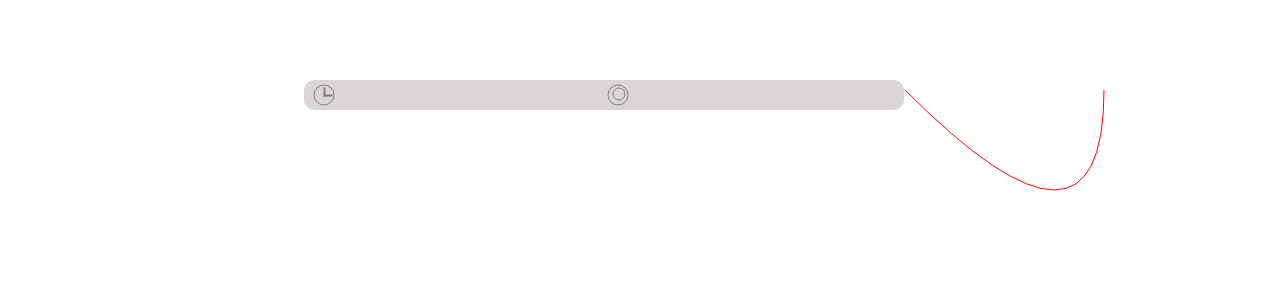
Repository: Gaj123-coder/emoji-search-app
Page: /
These files come from the project's save history. The page is drawn as it stood at one moment and after the next save; the edit follows.
The browser window is 1280 px wide. The pictures show the whole page.
The project was rebuilt for these pictures with package versions that can differ from the ones it lists, and the page was loaded fresh each time.

Above is the page before, as saved 2021-10-30 19:40:18.

### public/index.html
<!DOCTYPE html>
<html>
    <head>
        <title>Emoji Search</title>
        <meta charset="UTF-8">
        <meta name="author" content="Gajanan C Hegde">
        <meta name="description" content="A simple emoji search app using React JS">
        <meta name="view-port" content="width=device-width,initial-scale=1">
        <meta property="og:title" content="emoji">
        <meta property="og:description" content="An emoji searh app">
        <meta property="og:url" content="http://www.emojis..com">
        <meta property="og:image" content="https://seeklogo.com/images/S/smile-with-glasses-emoji-logo-0C5A7F9874-seeklogo.com.png">
        <meta property="twitter:title" content="Emoji Search">
        <meta property="twitter:image" content="https://seeklogo.com/images/S/smile-with-glasses-emoji-logo-0C5A7F9874-seeklogo.com.png">
        <meta property="twitter:description" content="A simple recat js emloji search app">
        <meta property="twitter:card" content="summary_large_page">
        <meta property="facebook:title" content="Emoji Search">
        <meta property="facebook:image" content="https://seeklogo.com/images/S/smile-with-glasses-emoji-logo-0C5A7F9874-seeklogo.com.png">
        <meta property="facebooks:description" content="A simple react app for emoji search">
        <meta proprty="facebook:url" content="https://www.emojis.com">
        <link rel="canonical" href="index.html"/>
    </head>
    <body>
        <div id="root"></div>
    </body>
</html>

### src/App.js
import './App.css';
import {sad1,worry1,angry1,happy1,smiley1,peace1,love1,joy1,laugh1,gift1,smile1,hands1,sports1,supper1,evil1,shy1,tasty1,confuse1,sleepy1} from "./Components/emotions";
function App() {
  return (
    <div className="dec">
      <div>
        <svg>
          <circle cx="20" cy="15" r="10px" stroke="grey" strokeWidth="1px" fill="rgb(218, 214, 214)"/>
          <rect x="20" y="8" width="1px" height="8px" stroke="grey" strokeWidth="1px" fill="rgb(218, 214, 214)"/>
          <rect x="20" y="15" width="8px" height="1px" stroke="grey" strokeWidth="1px" fill="rgb(218, 214, 214)"/>
        </svg>
      </div>
      <div>
        <svg>
          <circle cx="14" cy="15" r="10px" stroke="grey" strokeWidth="1px" fill="rgb(218, 214, 214)"/>
          <circle cx="15" cy="14" r="6px" stroke="grey" strokeWidth="1px" fill="rgb(218, 214, 214)"/>
        </svg>
      </div>
      <div>
       <svg>
         <path d="M1 10 Q200 210 200 10" stroke="red" strokeWidth="1px" fill="white"/>
       </svg>
      </div>
    </div>
  );
}

export default App;

### src/App.css
.dec{
  background-color: rgb(218, 214, 214);
  width:600px;
  height:30px;
  position: relative;
  left:19rem;
  border-radius:10px;
  top:5rem;
  display:flex;
  flex-direction:row;
  flex-wrap:nowrap;
}

.dec>div>svg{
  width:inherit;
  height:inherit;
}

### src/Components/emotions.js
const sad=["128524","128528",'128530',"128532","128542","128546","128549","128557"]
const worry=["128524","128529","128531","128532","128533","128543","128552","128553"]
const angry=["128520","128544","128545","128548","12855"]
const happy=["128512","128513","128514","128518","128522"]
const love=["128525","128535","128536","128537","128538"]
const joy=["128513","128517","128519","128521","128539","128540","128541"]
const laugh=["128513","128514","128518"]
const smile=["128512","128516"]
const gift=["127873","127891","127894","127874","127879","129395","127882","127876"]
const sports=["127939","127943","127947","","","","","","",""]
const hands=["128075","128588","129309","65039","128591","128077","129305","129304","128076","129306"]
const supper=["128526","128527"]
const peace=["128512","128515","128516","128519"]
const evil=["128520"]
const shy=["128522"]
const tasty=["128523"]
const confuse=["128534","128533","128550"]
const sleepy=["128554"]
const smiley=["128512","128513","128514","128515","128516","128517","128518","128519","128520","128521","128522","128523","128524","128525",
"128526","128527","128528","128529","128530","128531","128532","128533","128534","128535","128536","128537","128538","128539","128540"]

export const smiley1=smiley;
export const peace1=peace;
export const sad1=sad;
export const happy1=happy;
export const worry1=worry;
export const angry1=angry;
export const love1=love;
export const joy1=joy;
export const laugh1=laugh;
export const gift1=gift;
export const smile1=smile;
export const sports1=sports;
export const hands1=hands;
export const supper1=supper;
export const evil1=evil;
export const shy1=shy;
export const tasty1=tasty;
export const confuse1=confuse;
export const sleepy1=sleepy;

Loaded but not shown: src/index.js (common file); src/index.css (common file)

After the next save:
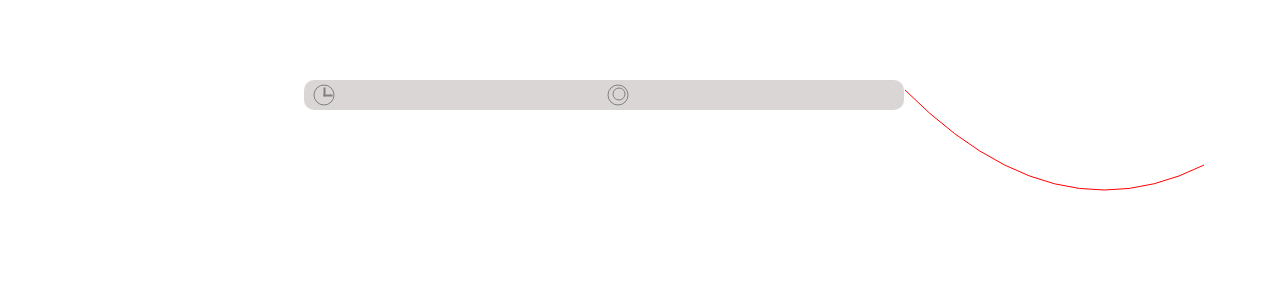
Saved 4 s later.
--- a/src/App.js
+++ b/src/App.js
@@ -18,7 +18,7 @@ function App() {
       </div>
       <div>
        <svg>
-         <path d="M1 10 Q200 210 200 10" stroke="red" strokeWidth="1px" fill="white"/>
+         <path d="M1 10 Q200 210 400 10" stroke="red" strokeWidth="1px" fill="white"/>
        </svg>
       </div>
     </div>
